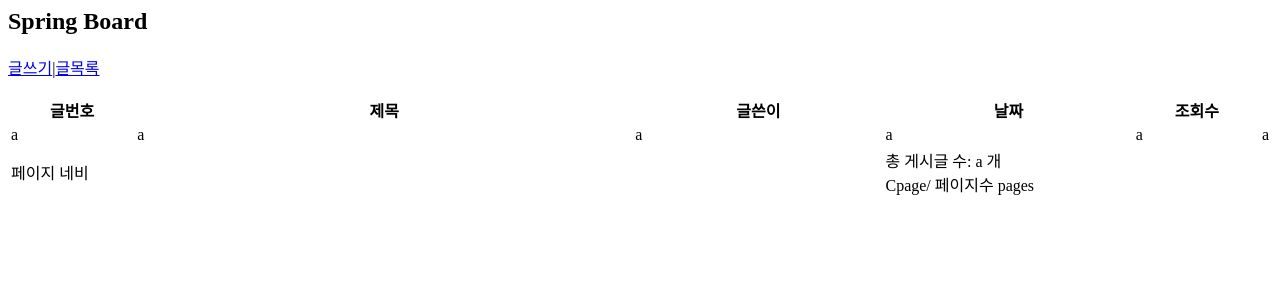
Repository: Jayking0215/myjava
Page: http://localhost/SpringWeb/WEB-INF/views/board/boardList.jsp
The author's editor kept a copy of each file at every save. The page is drawn from the files as they stood at one save, then again after a run of saves.
The browser window is 1280 px wide. The pictures show the whole page.
The page is served by Tomcat 9. Nobody is signed in. Other server files are loaded and not shown. The template is opened directly, without the code that normally fills it, so the values that code supplies are empty.

Above is the page before, as saved 2023-05-11 07:38:51.

### SpringWorkspace/SpringWeb/src/main/webapp/WEB-INF/views/board/boardList.jsp
<%@ page language="java" contentType="text/html; charset=UTF-8"
    pageEncoding="UTF-8"%>
<%@ taglib prefix="c" uri="http://java.sun.com/jsp/jstl/core" %>
<div class="row my-3">
	<div class="col-12 text-center">
		<h2>Spring Board</h2>
		<p>
			<a href="write">글쓰기</a>|<a href="list">글목록</a>
		</p>
	</div>
</div>
<div class="row">
	<div class="col-10 offset-1">
		<table class="table table-condensed table-striped">
			<thead>
				<th width="10%">글번호</th>
				<th width="40%">제목</th>
				<th width="20%">글쓴이</th>
				<th width="20%">날짜</th>
				<th width="10%">조회수</th>
			</thead>
			<tbody>
			<!-- ------------------------------------ -->
			<c:if test="${boardArr eq null or empty boardArr}">

			</c:if>
			<tr>
				<td>a</td>
				<td>a</td>
				<td>a</td>
				<td>a</td>
				<td>a</td>
				<td>a</td>
			</tr>
			<!-- ------------------------------------ -->
			</tbody>
			<tfoot>
				<tr>
					<td colspan="3">페이지 네비</td>
					<td colspan="2">
						총 게시글 수: <span class="text-primary">a 개</span><br>
						<span class="text-danger">Cpage</span>/ 페이지수 pages
					</td>
				</tr>
			</tfoot>
		</table>
	</div>
</div>

After the next 2 saves:
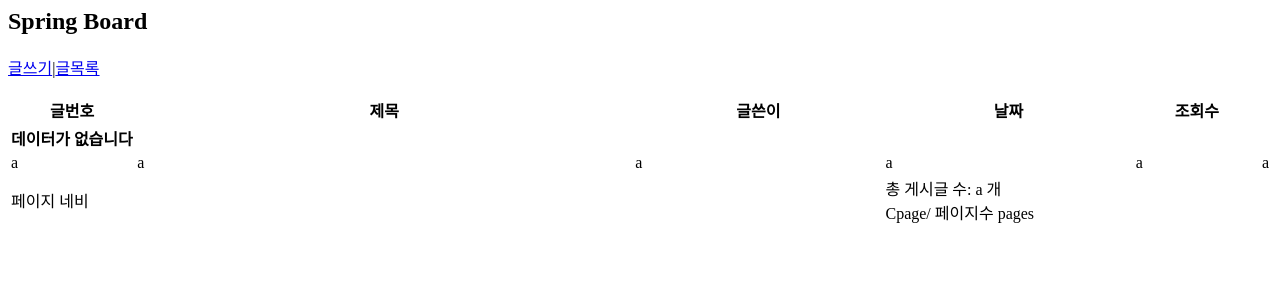
The 2 saves are shown as one change because they came seconds apart.
The last was saved 19 s later.
--- a/SpringWorkspace/SpringWeb/src/main/webapp/WEB-INF/views/board/boardList.jsp
+++ b/SpringWorkspace/SpringWeb/src/main/webapp/WEB-INF/views/board/boardList.jsp
@@ -22,7 +22,9 @@
 			<tbody>
 			<!-- ------------------------------------ -->
 			<c:if test="${boardArr eq null or empty boardArr}">
-
+				<td colspan="5">
+					<b>데이터가 없습니다</b>
+				</td>
 			</c:if>
 			<tr>
 				<td>a</td>
